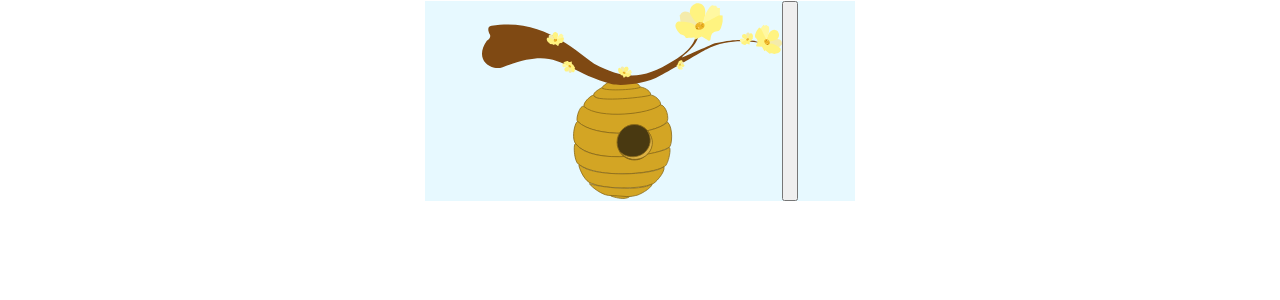
Repository: kellyzyhuang/HiveFive
Page: /Landing
An editor plug-in stored every save of this project. The page is shown before and after the next save, followed by the edit.
The browser window is 1280 px wide. The pictures show the whole page.
The project was rebuilt for these pictures with package versions that can differ from the ones it lists, and the page was loaded fresh each time. The framework's server and built-in components were replaced by stand-ins that run in the browser. Also part of the build but not shown: next.config.js, components/buttons/index.js.

Above is the page before, as saved 2024-04-08 10:10:36.

After the next save:
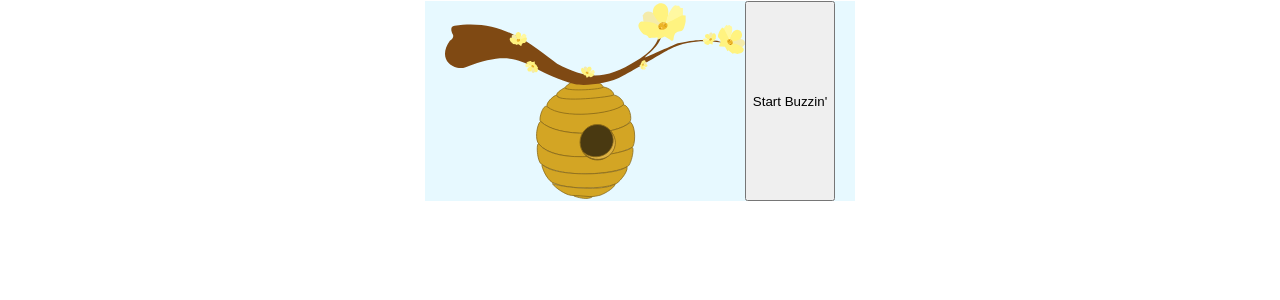
Saved 12 s later.
--- a/pages/Landing.js
+++ b/pages/Landing.js
@@ -6,7 +6,7 @@
     return(
         <div className={styles.Landing}>
             <Images src={"/images/beehive.svg"} width={300} height={200}/>
-            <button className={styles.startButton}></button>
+            <button className={styles.startButton}>Start Buzzin'</button>
         </div>
     )
 }
